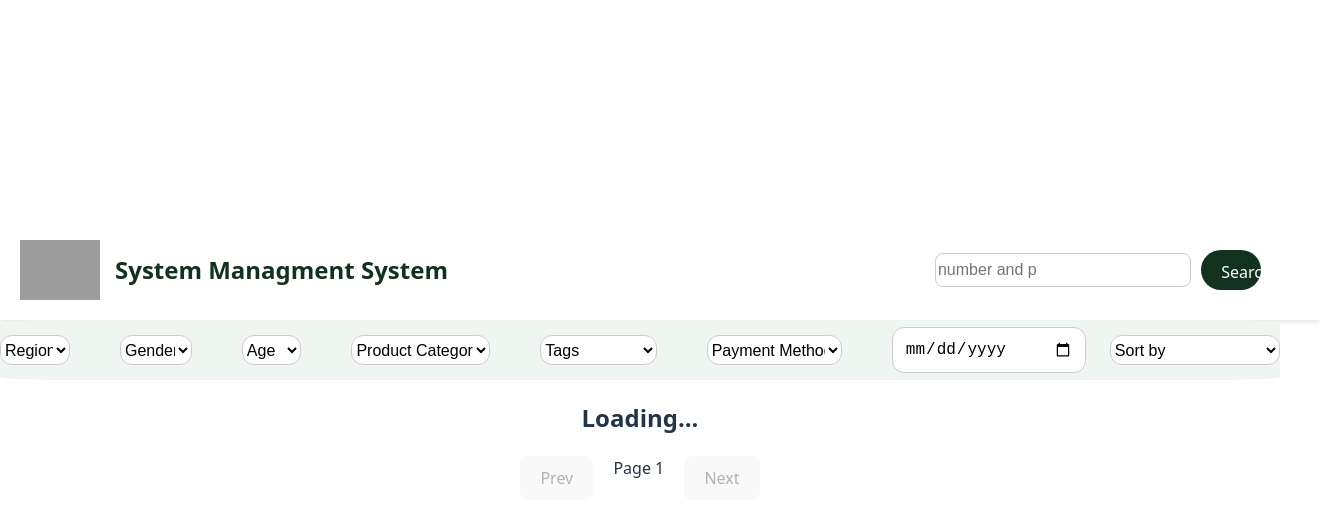
Repository: SandeepYadav18717/TruEstae
Page: / (app in TruEstae/)
An editor plug-in stored every save of this project. The page is shown before and after a run of saves, followed by the edit.
The browser window is 1280 px wide. The page is 1320 px wide, so the pictures cover 1320 px, including what lies to the right of the window. The pictures show the whole page.
Pictures or frames that could not be fetched are drawn as grey boxes. The page's requests for data from a server got no answer. The project was rebuilt for these pictures with package versions that can differ from the ones it lists, and the page was loaded fresh each time. No one was signed in, and anything a server would have sent is missing. Also part of the build but not shown: TruEstae/vite.config.js, TruEstae/src/App.css.

Above is the page before, as saved 2025-12-09 04:19:38.

After the next 2 saves:
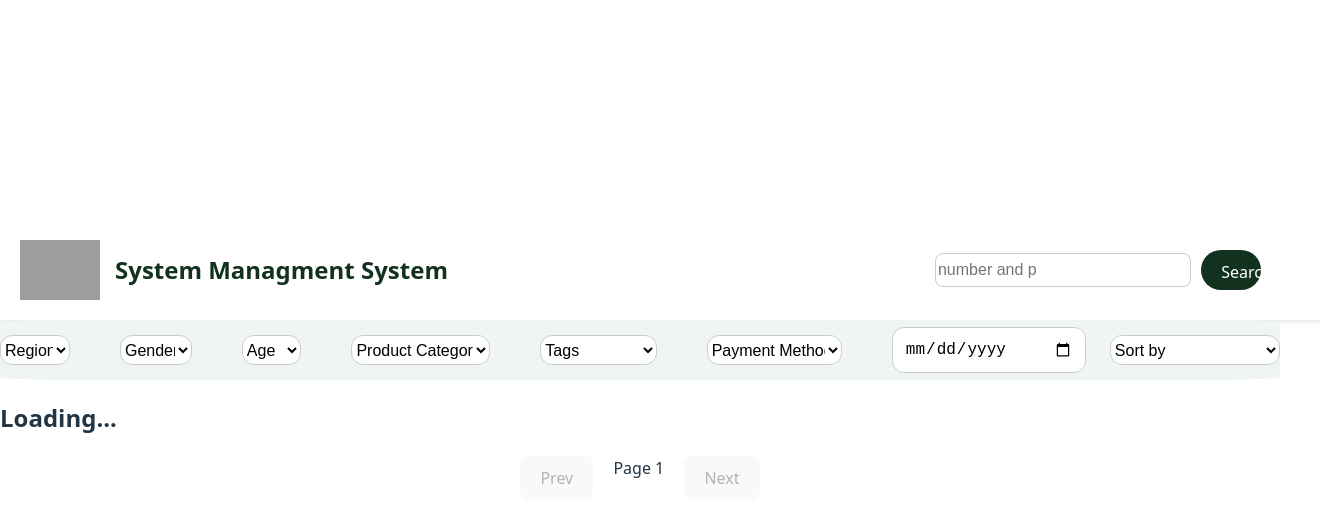
The 2 saves are shown as one change because they came seconds apart.
The last was saved 3 min 16 s later.
--- a/TruEstae/src/Pages/Home.jsx
+++ b/TruEstae/src/Pages/Home.jsx
@@ -140,9 +140,10 @@ function Home() {
       </div>
 
 
-      {loading && (
-        <h2 style={{ textAlign: "center", marginTop: "20px" }}>Loading...</h2>
-      )}
+     {loading && (
+  <h2>Loading...</h2>
+)}
+
 
   {!loading && <Table data={data} />}
 
